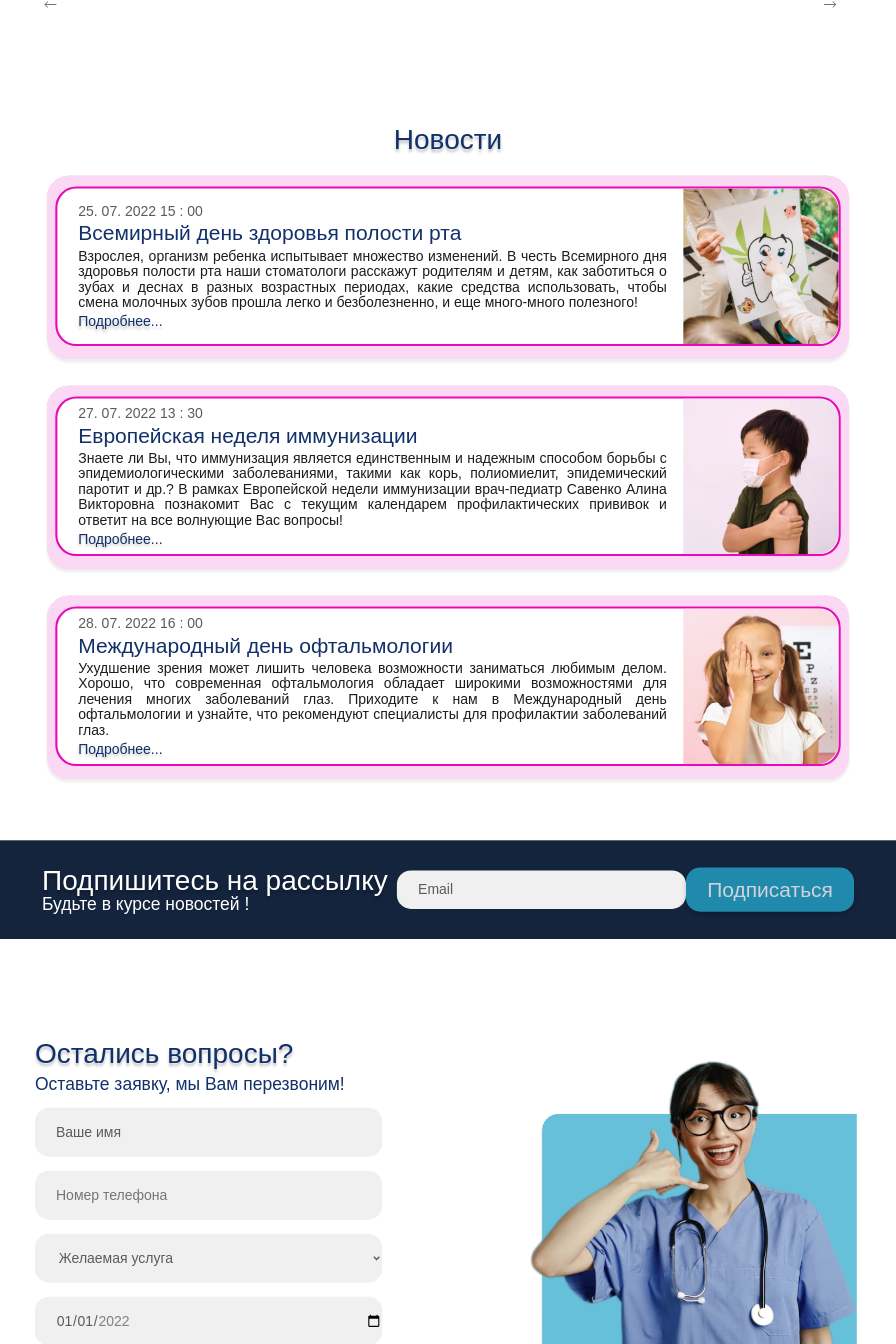
Repository: Normandy72/Landing-Page-Happy-Child
Page: index.html
The author's editor kept a copy of each file at every save. The page is drawn from the files as they stood at one save, then again after the next save.
The browser window is 1280 px wide. The pictures show the part of the page from y = 2279 to 4199 px (the page is 5520 px tall before and 4570 px after), at 70% of full size.
Pictures or frames that could not be fetched are drawn as grey boxes. The page's requests for data from a server got no answer. Some web fonts or font styles are not loaded; a fallback is used.

Above is the page before, as saved 2022-12-06 10:41:52.

### index.html
<!DOCTYPE html>
<html lang="en">
<head>
    <meta charset="UTF-8">
    <meta http-equiv="X-UA-Compatible" content="IE=edge">
    <meta name="viewport" content="width=device-width, initial-scale=1.0">
    <link href="https://fonts.googleapis.com/css2?family=Neucha&display=swap" rel="stylesheet">
    <link href="https://fonts.googleapis.com/css2?family=Coustard:wght@400;900&display=swap" rel="stylesheet">
    <link rel="icon" href="resources/icon/stethoscope.ico" sizes="16x16">
    <link rel="icon" href="resources/icon/stethoscope.ico" sizes="32x32">
    <link rel="icon" href="resources/icon/stethoscope.ico" sizes="64x64">
    <link rel="stylesheet" href="styles/main.css">
    <title>Happy Child</title>
</head>

<body>
    <header>
        <div class="wrapper layout-3-columns">
            <a href="#main">
                <div class="header__logo"></div>
            </a>
            <nav class="header__navigation">
                <a class = "navigation__link" href="#main">Главная</a>
                <a class = "navigation__link" href="#service">Услуги</a>
                <a class = "navigation__link" href="#doctors">Врачи</a>
                <a class = "navigation__link" href="#news">Новости</a>
                <a class = "navigation__link" href="#appointment">Запись на прием</a>
                <a class = "navigation__link" href="#contacts">Контакты</a>
            </nav>
            <a href="tel: +375291030303">
                <div class="header__phone"></div>
            </a>
        </div>
    </header>

    <main>
        <section class="section__main">
            <div class="wrapper">
                <div class="main__text" id="main">
                    <div class="main__logo"></div>
                    <h1>Медицинский центр для детей</h1>
                    <h6>только актуальные рекомендации, основанные на доказательствах</h6>
                    <button class="button button_accented" data-modal>Записаться на прием</button>
                </div>
            </div>
        </section>

        <section class="section__information wrapper">
            <div class="information__block block__phone">
                <div class="block__icon"></div>
                <h2>Контакты</h2>
                <h3>+375 29 103-03-03</h3>
                <h3>+375 17 103-03-03</h3>
            </div>
            <div class="information__block block__shedule" id="service">
                <div class="block__icon"></div>
                <h2>График работы</h2>
                <h3>Пн. - Пт. :    8:00 - 21:00</h3>
                <h3>Сб. - Вс. :    9:00 - 18:00</h3>
            </div>
        </section>

        <section class="section__services">
            <div class="wrapper">
                <h2 class="heading_dark">Наши услуги</h2>
                <div class="divider"></div>
                <div class="services__cards layout-3-columns">
                    <!-- <div class="services__cards layout-3-columns">
                    <div class="services__card">
                        <img src="resources/img/services/pediatria.png" alt="pediatria">
                        <h4>Педиатрия</h4>
                    </div>

                    <div class="services__card">
                        <img src="resources/img/services/pulmo.png" alt="pulmo">
                        <h4>Пульмонология</h4>
                    </div>

                    <div class="services__card">
                        <img src="resources/img/services/cardio.png" alt="cardio">
                        <h4>Кардиология</h4>
                    </div>
                </div>

                <div class="services__cards layout-3-columns">
                    <div class="services__card">
                        <img src="resources/img/services/lor.png" alt="lor">
                        <h4>Оториноларингология</h4>
                    </div>

                    <div class="services__card">
                        <img src="resources/img/services/allergo.png" alt="allergo">
                        <h4>Аллергология</h4>
                    </div>

                    <div class="services__card">
                        <img src="resources/img/services/surgery.png" alt="surgery">
                        <h4>Хирургия</h4>
                    </div>
                </div>

                <div class="services__cards layout-3-columns">
                    <div class="services__card">
                        <img src="resources/img/services/neuro.png" alt="neuro">
                        <h4>Неврология</h4>
                    </div>

                    <div class="services__card">
                        <img src="resources/img/services/endocryn.png" alt="endocryn">
                        <h4>Эндокринология</h4>
                    </div>

                    <div class="services__card">
                        <img src="resources/img/services/ophtalm.png" alt="ophtalm">
                        <h4>Офтальмология</h4>
                    </div>
                </div>

                <div class="services__cards layout-3-columns">
                    <div class="services__card">
                        <img src="resources/img/services/vaccination.png" alt="vaccination">
                        <h4>Вакцинация</h4>
                    </div>

                    <div class="services__card">
                        <img src="resources/img/services/usd.png" alt="usd">
                        <h4>УЗ-диагностика</h4>
                    </div>

                    <div class="services__card">
                        <img src="resources/img/services/stayhome.png" alt="stayhome">
                        <h4>Вызов врача на дом</h4>
                    </div>
                </div>  -->
                </div>
            </div>
        </section>

        <section class="section__addition" id="doctors">
            <div class="wrapper addition__info layout-2-columns">
                <div class="addition__text">
                    <h2>Запишитесь на прием онлайн</h2>
                    <h5>Записаться на приём можно в любое время суток и без выходных</h5>
                </div>
                <button class="button button_standart" data-modal>Записаться онлайн</button>
            </div>
        </section>

        <section class="wrapper section__chief layout-2-columns">
            <div class="chief__foto"></div>
            <div class="chief__text">
                <div class="text__lines">
                    <div class="lines__line"></div>
                    <p>“</p>
                    <div class="lines__line"></div>
                </div>
                <h5>Счастливый ребенок – это, прежде всего, ребенок здоровый, и только потом уже читающий
                и играющий на скрипке.</h5>
                <div class="text__lines">
                    <div class="lines__line"></div>
                    <p>”</p>
                    <div class="lines__line"></div>
                </div>
                <div class="chief__signature">
                    <h5>Главный врач клиники</h5>
                    <img class="chief__logo" src="resources/icon/HappyChild_small.svg" alt="logo"></img>
                </div>
                <h5>Самуилова Инна Абрамовна</h5>
            </div>
        </section>

        <section class="wrapper section__doctors">
            <h2>Познакомьтесь с нашими специалистами</h2>
            <h5>Мы гордимся тем, что являемся медицинским центром, где Ваши дети на первом месте!</h5>
            <h5>В кратчайшие сроки мы предоставляем медицинскую помощь высочайшего качества и индивидуальное лечение ведущими специалистами страны.</h5>
            <div class="doctors__arrows">
                <div class="arrow_left"></div>
                <div class="arrow_rigth"></div>
            </div>
            <div class="doctors__cards" id="news">
                <!-- <div class="doctors__card">
                    <img src="resources/img/doctors/ivanov1.png" alt="ivanov1">
                    <h5>Иванов Илья Денисович</h5>
                    <h6>Врач-оториноларинголог</h6>
                </div>

                <div class="doctors__card">
                    <img src="resources/img/doctors/stanina1.png" alt="stanina1">
                    <h5>Станина Александра Ивановна</h5>
                    <h6>Врач-офтальмолог</h6>
                </div>

                <div class="doctors__card">
                    <img src="resources/img/doctors/tkachenko1.png" alt="tkachenko1">
                    <h5>Ткаченко Антонина Львовна</h5>
                    <h6>Врач-невролог</h6>
                </div>

                <div class="doctors__card">
                    <img src="resources/img/doctors/savenko1.png" alt="savenko1">
                    <h5>Савенко Алина Викторовна</h5>
                    <h6>Врач-педиатр</h6>
                </div>

                <div class="doctors__card">
                    <img src="resources/img/doctors/krotov1.png" alt="krotov1">
                    <h5>Кротов Алексей Геннадьевич</h5>
                    <h6>Врач-хирург</h6>
                </div>

                <div class="doctors__card">
                    <img src="resources/img/doctors/karpovich1.png" alt="karpovich1">
                    <h5>Карпович Анна Игоревна</h5>
                    <h6>Врач-кардиолог</h6>
                </div>

                <div class="doctors__card">
                    <img src="resources/img/doctors/akulich1.png" alt="akulich1">
                    <h5>Акулич Олег Васильевич</h5>
                    <h6>Врач-эндокринолог</h6>
                </div>

                <div class="doctors__card">
                    <img src="resources/img/doctors/astapenko1.png" alt="astapenko1">
                    <h5>Астапенко Ирина Эдуардовна</h5>
                    <h6>Врач УЗ-диагностики</h6>
                </div> -->
            </div>
        </section>

        <section>
            <div class="wrapper section__news">
                <h2>Новости</h2>
                <div class="news__cards">
                    <div class="news__card layout-2-columns">
                        <div class="news-card__info">
                            <h6>25. 07. 2022   15 : 00</h6>
                            <h4>Всемирный день здоровья полости рта</h4>
                            <h6>Взрослея, организм ребенка испытывает множество изменений. В честь Всемирного дня здоровья полости рта наши стоматологи расскажут родителям и детям, как заботиться о зубах и деснах в разных возрастных периодах, какие средства использовать, чтобы смена молочных зубов прошла легко и безболезненно, и еще много-много полезного!</h6>
                            <a href="#">Подробнее...</a>
                        </div>
                        <img src="resources/img/news/news1.png" alt="news1">
                    </div>
                </div>

                <div class="news__cards">
                    <div class="news__card layout-2-columns">
                        <div class="news-card__info">
                            <h6>27. 07. 2022   13 : 30</h6>
                            <h4>Европейская неделя иммунизации</h4>
                            <h6>Знаете ли Вы, что иммунизация является единственным и надежным способом борьбы с эпидемиологическими заболеваниями, такими как корь, полиомиелит, эпидемический паротит и др.? В рамках Европейской недели иммунизации врач-педиатр Савенко Алина Викторовна познакомит Вас с текущим календарем профилактических прививок и ответит на все волнующие Вас вопросы! </h6>
                            <a href="#">Подробнее...</a>
                        </div>
                        <img src="resources/img/news/news2.png" alt="news2">
                    </div>
                </div>

                <div class="news__cards">
                    <div class="news__card layout-2-columns">
                        <div class="news-card__info">
                            <h6>28. 07. 2022    16 : 00</h6>
                            <h4>Международный день офтальмологии</h4>
                            <h6>Ухудшение зрения может лишить человека возможности заниматься любимым делом. Хорошо, что современная офтальмология обладает широкими возможностями для лечения многих заболеваний глаз.  Приходите к нам в Международный день офтальмологии и узнайте, что рекомендуют специалисты для профилактии заболеваний глаз.</h6>
                            <a href="#">Подробнее...</a>
                        </div>
                        <img src="resources/img/news/news3.png" alt="news3">
                    </div>
                </div>
            </div>
        </section>

        <section class="section__addition" id="appointment">
            <div class="wrapper addition__info layout-2-columns">
                <div class="addition__text">
                    <h2>Подпишитесь на рассылку</h2>
                    <h5>Будьте в курсе новостей !</h5>
                </div>
                <form class="addition__form">
                    <input class = "addition__input" type="text" value="Email">
                    <button class="button button_standart">Подписаться</button>
                </form>
            </div>
        </section>

        <section class="wrapper section__callback layout-2-columns">
            <div class="callback__form modal__dialog">
                <h2>Остались вопросы?</h2>
                <h5>Оставьте заявку, мы Вам перезвоним!</h5>
                <form action="">
                    <input class="callback__input" type="text" value="Ваше имя">
			        <input class="callback__input" type="tel" placeholder="Номер телефона" required>
			        <select class="callback__input" name="menu" size="1">
				        <option>Желаемая услуга</option>
				        <option value="ped">Педиатрия</option>
				        <option value="pulmo">Пульмонология</option>
				        <option value="cardio">Кардиология</option>
				        <option value="lor">Оториноларингология</option>
				        <option value="allergo">Аллергология</option>
				        <option value="surg">Хирургия</option>
				        <option value="neuro">Неврология</option>
				        <option value="endocryn">Эндокринология</option>
				        <option value="ophtalm">Офтальмология</option>
				        <option value="vaccin">Вакцинация</option>
				        <option value="usd">УЗ-диагностика</option>
				        <option value="stayhome">Вызов врача на дом</option>
			        </select>
			        <input class="callback__input" type="date" value="2022-01-01" min="2022-01-01" max="2022-12-31">
                    <label class="callback__checkbox">
                        <input type="checkbox">
                        Я даю согласие на хранение и обработку персональных данных
                    </label>
			        <button class="button button_standart">Оставить заявку</button>
                </form>
            </div>
            <div class="callback__photo"></div>
        </section>

        <section class="wrapper section__contacts" id="contacts">
            <h2>Ждем Вас в нашем центре !</h2>
            <div class="layout-2-columns">
                <div class="contacts__info">
                    <h3>Контакты</h3>
                    <h6>Мы находимся по адресу:</h6>
                    <h4>г. Минск, ул. Матусевича, 70</h4>
                    <h6>Связаться с нами:</h6>
                    <h4>+375 29 103-03-03</h4>
                    <h4>+375 17 103-03-03</h4>
                    <h6>Мы в социальных сетях:</h6>
                    <div class="contacts__social">
                        <a href="https://www.instagram.com/" target="_blank">
                            <img src="resources/icon/instagram.svg" alt="instagram">
                        </a>
                        <a href="https://telegram.org/" target="_blank">
                            <img src="resources/icon/telegram.svg" alt="telegram">
                        </a>
                        <a href="https://www.facebook.com/" target="_blank">
                            <img src="resources/icon/facebook.svg" alt="facebook">
                        </a>
                    </div>
                </div>
                <div class="contacts__map">
                    <iframe src="https://www.google.com/maps/embed?pb=!1m18!1m12!1m3!1d2349.762263760085!2d27.45258099084052!3d53.918200355636046!2m3!1f0!2f0!3f0!3m2!1i1024!2i768!4f13.1!3m3!1m2!1s0x46dbc52f35b245d3%3A0x98f1d72de22c93c4!2z0YPQu9C40YbQsCDQnNCw0YLRg9GB0LXQstC40YfQsCA3MCwg0JzQuNC90YHQug!5e0!3m2!1sru!2sby!4v1668282275086!5m2!1sru!2sby" width="700" height="400" style="border:0;" allowfullscreen="" loading="lazy" referrerpolicy="no-referrer-when-downgrade"></iframe>
                </div>
            </div>
        </section>
    </main>

    <footer>
        <div class="wrapper">
            <h6>ООО “HappyChild” © 2022</h6>
            <a href="#" target="_blank">Политика конфиденциальности</a>
        </div>
    </footer>

    <!-- Modal window -->
    <div class= "modal__window hide">
        <div class="callback__form">
            <div class="modal__close" data-close></div>
            <h5>Оставьте заявку, мы Вам перезвоним!</h5>
            <form action="">
                <input class="callback__input" type="text" value="Ваше имя">
                <input class="callback__input" type="tel" placeholder="Номер телефона" required>
                <select class="callback__input" name="menu" size="1">
                    <option>Желаемая услуга</option>
                    <option value="ped">Педиатрия</option>
                    <option value="pulmo">Пульмонология</option>
                    <option value="cardio">Кардиология</option>
                    <option value="lor">Оториноларингология</option>
                    <option value="allergo">Аллергология</option>
                    <option value="surg">Хирургия</option>
                    <option value="neuro">Неврология</option>
                    <option value="endocryn">Эндокринология</option>
                    <option value="ophtalm">Офтальмология</option>
                    <option value="vaccin">Вакцинация</option>
                    <option value="usd">УЗ-диагностика</option>
                     <option value="stayhome">Вызов врача на дом</option>
                </select>
                <input class="callback__input" type="date" value="2022-01-01" min="2022-01-01" max="2022-12-31">
                <label class="callback__checkbox">
                    <input type="checkbox">
                    Я даю согласие на хранение и обработку персональных данных
                </label>
                <button class="button button_standart">Оставить заявку</button>
            </form>
        </div>
    </div>

    <script src="js/script.js"></script>
</body>
</html>

### styles/main.css
@import url(base.css);
@import url(buttons.css);
@import url(footer.css);
@import url(forms.css);
@import url(header.css);
@import url(headings.css);
@import url(layouts.css);
@import url(links.css);
@import url(modal_window.css);
@import url(section_addition.css);
@import url(section_callback.css);
@import url(section_chief.css);
@import url(section_contacts.css);
@import url(section_doctors.css);
@import url(section_information.css);
@import url(section_main.css);
@import url(section_news.css);
@import url(section_services.css);
@import url(variables.css);

### styles/base.css
*{
    margin: 0;
    padding: 0;
    box-sizing: border-box;
}

html{
    scroll-behavior: smooth;
}

body{
    font-family: var(--main-font);
    color: var(--text-dark-color);
}

.wrapper{
    max-width: 1180px;
    min-width: 480px;
    padding: 0 1%;
    margin: auto;
}

.divider{
    width: 100%;
}

### styles/buttons.css
.button{
    border-radius: 20px;
    border: none;
    filter: drop-shadow(0px 4px 4px rgba(0, 0, 0, 0.25));
    padding: 15px 30px;
    opacity: 0.8;

    font-family: var(--main-font);
    font-style: normal;
    font-weight: 400;
    font-size: var(--buttons-font-size);
    line-height: 33px;
    display: flex;
    align-items: center;
    text-align: center;
    color: var(--buttons-text-color);
}

.button_accented{
    background-color: var(--accented-button-color);
}

.button_standart{
    background-color: var(--standart-button-color);
}

.button:hover{
    cursor: pointer;
    opacity: 1;
}

### styles/footer.css
footer{
    width: 100%;
    background-color: var(--footer-color);
    padding: 10px 0;
}

footer h6{
    display: inline;
    color: var(--text-ligth-color);
    padding-right: 40px;
}

### styles/layouts.css
.layout-3-columns{
    display: flex;
    align-items: center;
    justify-content: space-between;
    flex-wrap: wrap;
    flex-basis: 33%;
}

.layout-2-columns{
    display: flex;
    align-items: center;
    justify-content: space-between;
    flex-wrap: wrap;
    flex-basis: 45%;
}

### styles/links.css
a{
    text-decoration: none;
    color: var(--main-links-color);
    text-shadow: var(--shadow);
    font-size: var(--main-links-font-size);
}

a:hover{
    cursor: pointer;
    color: var(--main-links-hover-color);
    transition: var(--transition);
}

.news__card a{
    color: var(--second-link-color);
    font-size: var(--second-links-font-size);
}

.news__card a:hover{
    color: var(--second-link-hover-color);
}

footer a{
    font-size: var(--second-links-font-size);
}

footer a:hover{
    color: var(--second-link-hover-color);
}

### styles/section_addition.css
.section__addition{
    color: var(--text-ligth-color);
    background-color: var(--added-blocks-color);
}

.addition__info{
    padding: 36px 10px;
}

### styles/section_callback.css
.section__callback{
    padding: 142px 0 170px;
}

.callback__form h2{
    padding-bottom: 10px;
}

.callback__form h5{
    padding-bottom: 20px;
}

.callback__photo{
    width: 472.32px;
    height: 507.09px;
    background-image: url(../resources/img/doctor_call.png);
    background-size: contain;
    background-repeat: no-repeat;
}

Loaded but not shown: js/script.js (193 lines, source omitted); styles/variables.css (50 lines, source omitted); styles/section_doctors.css (65 lines, source omitted); styles/section_chief.css (64 lines, source omitted); styles/section_news.css (55 lines, source omitted); styles/forms.css (51 lines, source omitted); styles/section_information.css (44 lines, source omitted); styles/header.css (42 lines, source omitted); styles/section_services.css (37 lines, source omitted); styles/section_contacts.css (46 lines, source omitted); styles/headings.css (42 lines, source omitted); styles/section_main.css (33 lines, source omitted); styles/modal_window.css (36 lines, source omitted)

After the next save:
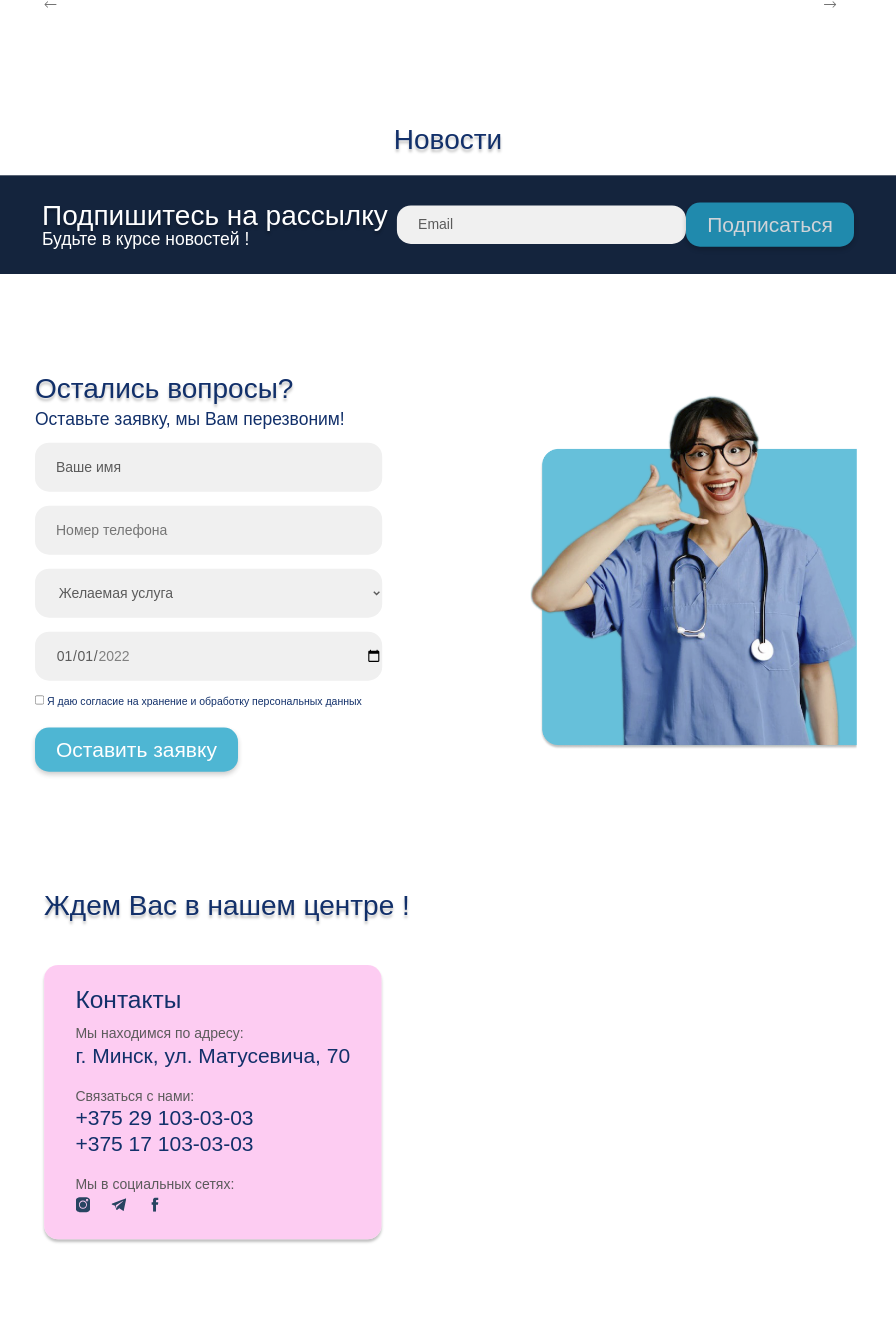
Saved 94 s later.
--- a/index.html
+++ b/index.html
@@ -231,7 +231,7 @@
         <section>
             <div class="wrapper section__news">
                 <h2>Новости</h2>
-                <div class="news__cards">
+                <!-- <div class="news__cards">
                     <div class="news__card layout-2-columns">
                         <div class="news-card__info">
                             <h6>25. 07. 2022   15 : 00</h6>
@@ -265,7 +265,7 @@
                         </div>
                         <img src="resources/img/news/news3.png" alt="news3">
                     </div>
-                </div>
+                </div>              -->
             </div>
         </section>
 
